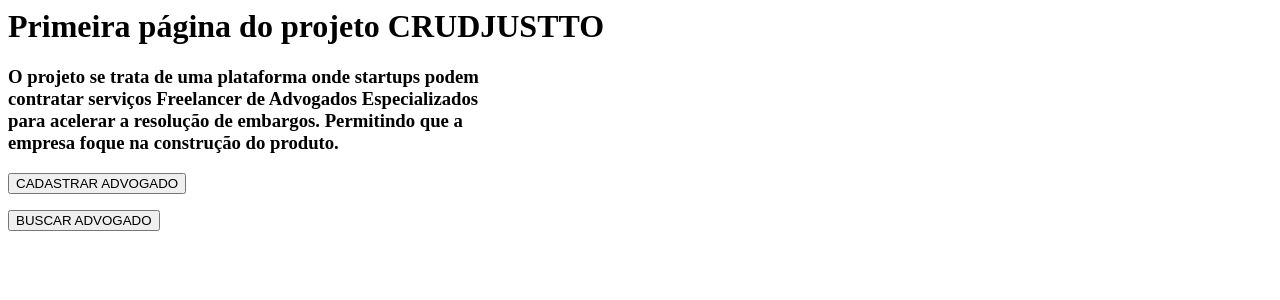
Repository: Natan16/CRUDJUSTTO
Page: CRUDJUSTTOWEB/WebContent/index.html
These files come from the project's save history. The page is drawn as it stood at one moment and after the next save; the edit follows.
The browser window is 1280 px wide. The pictures show the whole page.

Above is the page before, as saved 2019-08-31 23:06:26.

After the next save:
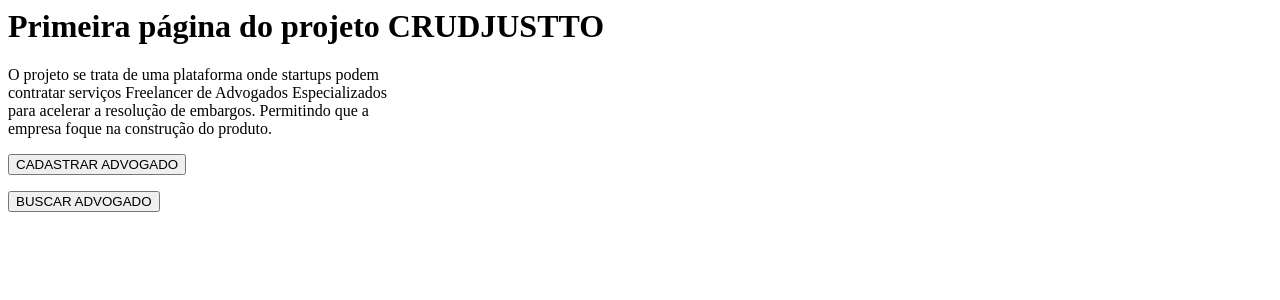
Saved 31 s later.
--- a/CRUDJUSTTOWEB/WebContent/index.html
+++ b/CRUDJUSTTOWEB/WebContent/index.html
@@ -4,7 +4,7 @@
 	</head>
 	<body>
 		<h1>Primeira página do projeto CRUDJUSTTO</h1>
-		<h3>
+
 			<p>
 				O projeto se trata de uma plataforma onde startups podem <br>
 				contratar serviços Freelancer de Advogados Especializados<br>
@@ -12,7 +12,7 @@
 				empresa foque na construção do produto.
 			</p>
 
-		</h3>
+
 		<form action="adiciona-advogado.jsp" method="post">
 			<input type="submit" value="CADASTRAR ADVOGADO" >
 		</form>

After the save that followed:
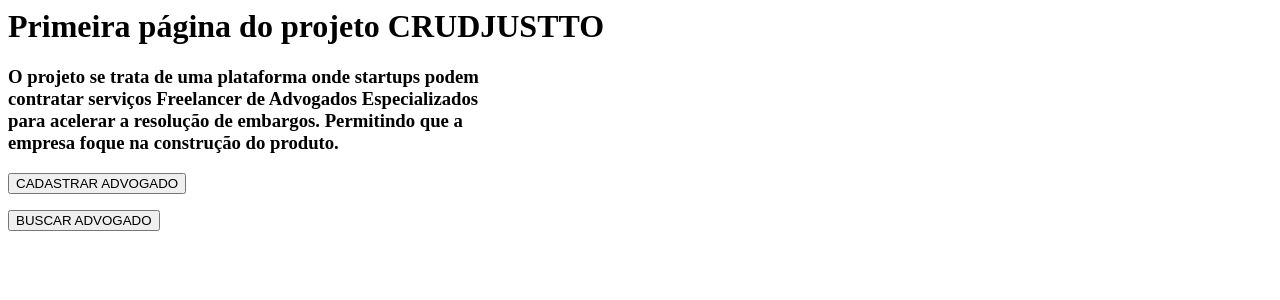
Saved 5 s later.
--- a/CRUDJUSTTOWEB/WebContent/index.html
+++ b/CRUDJUSTTOWEB/WebContent/index.html
@@ -4,7 +4,7 @@
 	</head>
 	<body>
 		<h1>Primeira página do projeto CRUDJUSTTO</h1>
-
+		<h3>
 			<p>
 				O projeto se trata de uma plataforma onde startups podem <br>
 				contratar serviços Freelancer de Advogados Especializados<br>
@@ -12,7 +12,7 @@
 				empresa foque na construção do produto.
 			</p>
 
-
+		</h3>
 		<form action="adiciona-advogado.jsp" method="post">
 			<input type="submit" value="CADASTRAR ADVOGADO" >
 		</form>
